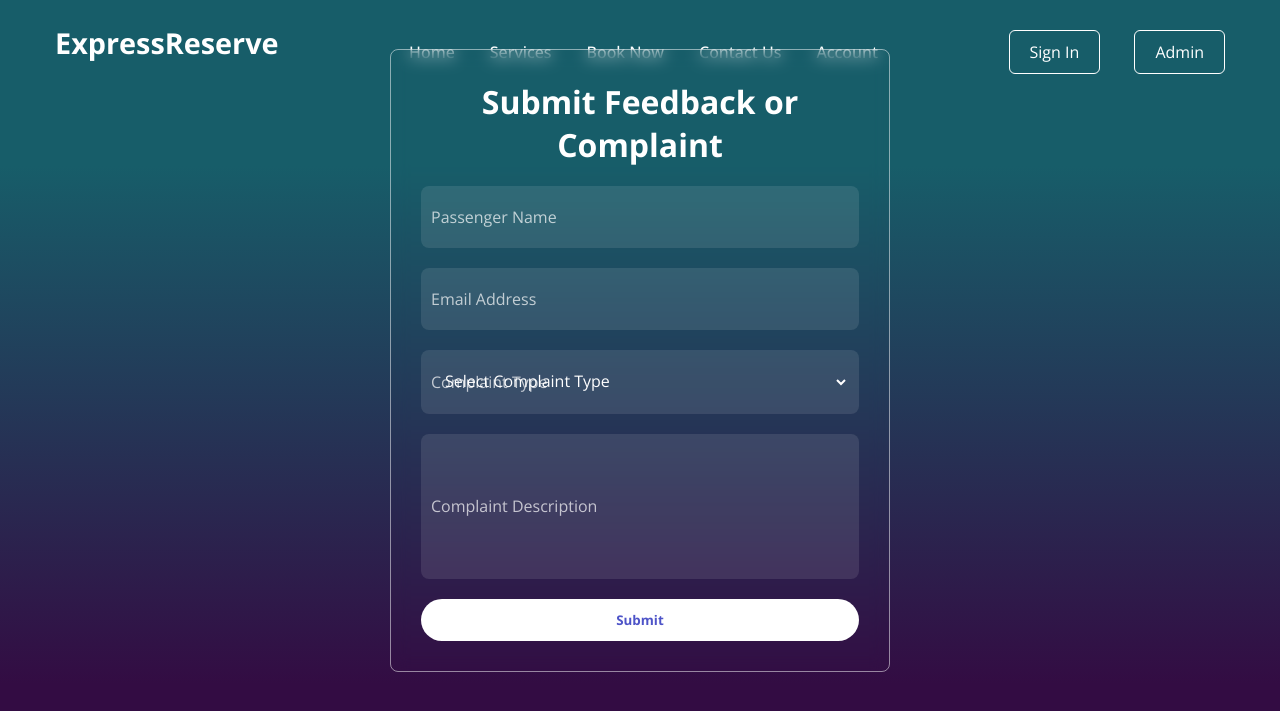
Repository: AmodhyaSharinda/Train-Reservation-system
Page: http://localhost/Train_reserve/ContactUs.jsp
The author's editor kept a copy of each file at every save. The page is drawn from the files as they stood at one save, then again after the next save.
The browser window is 1280 px wide. The pictures show the whole page.
The page is served by Tomcat 9. Other server files are loaded and not shown.

Above is the page before, as saved 2024-10-08 08:05:51.

### Train reserve/src/main/webapp/ContactUs.jsp
<!DOCTYPE html>
<html lang="en">
<head>
    <meta charset="UTF-8">
    <meta name="viewport" content="width=device-width, initial-scale=1.0">
    <title>Feedback - Online Train Reservation System</title>
    <link rel="stylesheet" href="home.css">
    <style>
        /* Existing styles retained */
        @import url("https://fonts.googleapis.com/css2?family=Open+Sans:wght@300;400;500;600;700&display=swap");

        * {
		  margin: 0;
		  padding: 0;
		  box-sizing: border-box;
		  font-family: "Open Sans", sans-serif;
		}

        body {
            display: flex;
            align-items: center;
            justify-content: center;
            min-height: 100vh;
            width: 100%;
            padding: 0 10px;
  			background: linear-gradient(to bottom, #175d69 23%, #330c43 95%);
            position: relative;
        }

        .wrapper {
            width: 500px;
            border-radius: 8px;
            padding: 30px;
            text-align: center;
            border: 1px solid rgba(255, 255, 255, 0.5);
            backdrop-filter: blur(8px);
            -webkit-backdrop-filter: blur(8px);
        }

        h2 {
            font-size: 2rem;
            margin-bottom: 20px;
            color: #fff;
        }

        /* General styles */
		.input-field {
		    position: relative;
		    margin: 20px 0;
		    padding: 10px;
		    background: rgba(255, 255, 255, 0.1);
		    border-radius: 8px;
		    transition: background 0.3s ease;
		}

		.input-field label {
		    position: absolute;
		    top: 50%;
		    left: 10px;
		    transform: translateY(-50%);
		    color: rgba(255, 255, 255, 0.7);
		    font-size: 16px;
		    pointer-events: none;
		    transition: 0.2s ease;
		}

		.input-field input,
		.input-field textarea,
		.input-field select {
		    width: 100%;
		    background: transparent;
		    border: none;
		    outline: none;
		    font-size: 16px;
		    padding: 10px;
		    color: #fff;
		    border-radius: 5px;
		}

		.input-field input:focus,
		.input-field textarea:focus,
		.input-field select:focus {
		    background: rgba(255, 255, 255, 0.3);
		    box-shadow: 0 0 5px rgba(255, 255, 255, 0.5);
		}

		.input-field input:focus ~ label,
		.input-field input:valid ~ label,
		.input-field textarea:focus ~ label,
		.input-field textarea:valid ~ label,
		.input-field select:focus ~ label,
		.input-field select:valid ~ label {
		    top: -10px;
		    font-size: 0.85rem;
		    color: #fff;
		}

		/* Textarea specific styles */
		.input-field textarea {
		    height: 120px;
		    resize: none;
		}

		/* Button styles */
		button {
		    width: 100%;
		    padding: 12px;
		    background-color: #fff;
		    color: #4e54c8;
		    font-weight: bold;
		    border: none;
		    border-radius: 30px;
		    cursor: pointer;
		    transition: background 0.3s ease;
		}

		button:hover {
		    background-color: #8f94fb;
		    color: #fff;
		    box-shadow: 0 4px 20px rgba(143, 148, 251, 0.5);
		}

    </style>
</head>
<body>
    <!-- Header section with navigation -->
    <header class="header">
        <nav class="navbar">
            <h2 class="logo"><a href="#">ExpressReserve</a></h2>
            <input type="checkbox" id="menu-toggle" />
            <label for="menu-toggle" id="hamburger-btn">
                <svg xmlns="http://www.w3.org/2000/svg" height="24" viewBox="0 0 24 24" width="24">
                    <path d="M3 12h18M3 6h18M3 18h18" stroke="currentColor" stroke-width="2" stroke-linecap="round"/>
                </svg>
            </label>
            <ul class="links">
                <li><a href="home.jsp">Home</a></li>
                <li><a href="#">Services</a></li>
                <li><a href="#">Book Now</a></li>
                <li><a href="#">Contact Us</a></li>
          		<li><a href="Account.jsp">Account</a></li>
            </ul>
            <div class="buttons">
	          <a href="login.jsp" class="signup">Sign In</a>
	          <a href="#" class="signup">Admin</a>
            </div>
        </nav>
    </header>

    <!-- Middle section for feedback form -->
    <div class="wrapper">
        <h2>Submit Feedback or Complaint</h2>
        <form action="SubmitFeedback" method="post">
		    <div class="input-field">
		        <input type="text" name="PassengerName" required autocomplete="off">
		        <label>Passenger Name</label>
		    </div>
		    <div class="input-field">
		        <input type="email" name="PassengerEmail" required autocomplete="off">
		        <label>Email Address</label>
		    </div>
		    <div class="input-field">
		        <select id="complaintType" name="complaintType" required>
		            <option value="">Select Complaint Type</option>
		            <option value="Train Services">Train Services</option>
		            <option value="Station Facilities">Station Facilities</option>
		            <option value="Staff Behavior">Staff Behavior</option>
		        </select>
		        <label>Complaint Type</label>
		    </div>
		    <div class="input-field">
		        <textarea id="complaintDescription" name="Feedback" required></textarea>
		        <label>Complaint Description</label>
		    </div>
		    <button type="submit">Submit</button>
		</form>
    </div>

</body>
</html>

### Train reserve/src/main/webapp/home.css
/* Importing Google font - Open Sans */
@import url("https://fonts.googleapis.com/css2?family=Open+Sans:wght@300;400;500;600;700&display=swap");

* {
  margin: 0;
  padding: 0;
  box-sizing: border-box;
  font-family: "Open Sans", sans-serif;
}

body {
  height: 100vh;
  width: 100%;
  background: linear-gradient(to bottom, #175d69 23%, #330c43 95%);
}

.header {
  position: fixed;
  top: 0;
  left: 0;
  width: 100%;
}

.navbar {
  display: flex;
  align-items: center;
  justify-content: space-between;
  max-width: 1200px;
  margin: 0 auto;
  padding: 20px 15px;
}

.navbar .logo a {
  font-size: 1.8rem;
  text-decoration: none;
  color: #fff;
}

.navbar .links {
  display: flex;
  align-items: center;
  list-style: none;
  gap: 35px;
}

.navbar .links a {
  font-weight: 500;
  text-decoration: none;
  color: #fff;
  padding: 10px 0;
  transition: 0.2s ease;
}

.navbar .links a:hover {
  color: #47b2e4;
}

.navbar .buttons a {
  text-decoration: none;
  color: #fff;
  font-size: 1rem;
  padding: 15px 0;
  transition: 0.2s ease;
}

.navbar .buttons a:not(:last-child) {
  margin-right: 30px;
}

.navbar .buttons .signin:hover {
  color: #47b2e4;
}

.navbar .buttons .signup {
  border: 1px solid #fff;
  padding: 10px 20px;
  border-radius: 0.375rem;
  text-align: center;
  transition: 0.2s ease;
}

.navbar .buttons .signup:hover {
  background-color: #47b2e4;
  color: #fff;
}

.hero-section {
  display: flex;
  justify-content: space-evenly;
  align-items: center;
  height: 95vh;
  padding: 0 15px;
  max-width: 1200px;
  margin: 0 auto;
}

.hero-section .hero {
  max-width: 50%;
  color: #fff;
}

.hero h2 {
  font-size: 2.5rem;
  margin-bottom: 20px;
}

.hero p {
  font-size: 1.2rem;
  margin-bottom: 20px;
  color: #c9c7c7;
}

.hero-section .img img {
  width: 517px;
}

.hero-section .buttons {
  margin-top: 40px;
}

.hero-section .buttons a {
  text-decoration: none;
  color: #fff;
  padding: 12px 24px;
  border-radius: 0.375rem;
  font-weight: 600;
  transition: 0.2s ease;
  display: inline-block;
}

.hero-section .buttons a:not(:last-child) {
  margin-right: 15px;
}

.buttons .join {
  background-color: #47b2e4;
}

.hero-section .buttons .learn {
  border: 1px solid #fff;
  border-radius: 0.375rem;
}

.hero-section .buttons a:hover {
  background-color: #47b2e4;
}

/* Hamburger menu styles */
#menu-toggle {
  display: none;
}

#hamburger-btn {
  font-size: 1.8rem;
  color: #fff;
  cursor: pointer;
  display: none;
  order: 1;
}

@media screen and (max-width: 1023px) {
  .navbar .logo a {
    font-size: 1.5rem;
  }

  .links {
    position: fixed;
    left: -100%;
    top: 75px;
    width: 100%;
    height: 100vh;
    padding-top: 50px;
    background: #175d69;
    flex-direction: column;
    transition: 0.3s ease;
  }

  .navbar #menu-toggle:checked ~ .links {
    left: 0;
  }

  .navbar #hamburger-btn {
    display: block;
  }

  .header .buttons {
    display: none;
  }

  .hero-section .hero {
    max-width: 100%;
    text-align: center;
  }

  .hero-section img {
    display: none;
  }


}

After the next save:
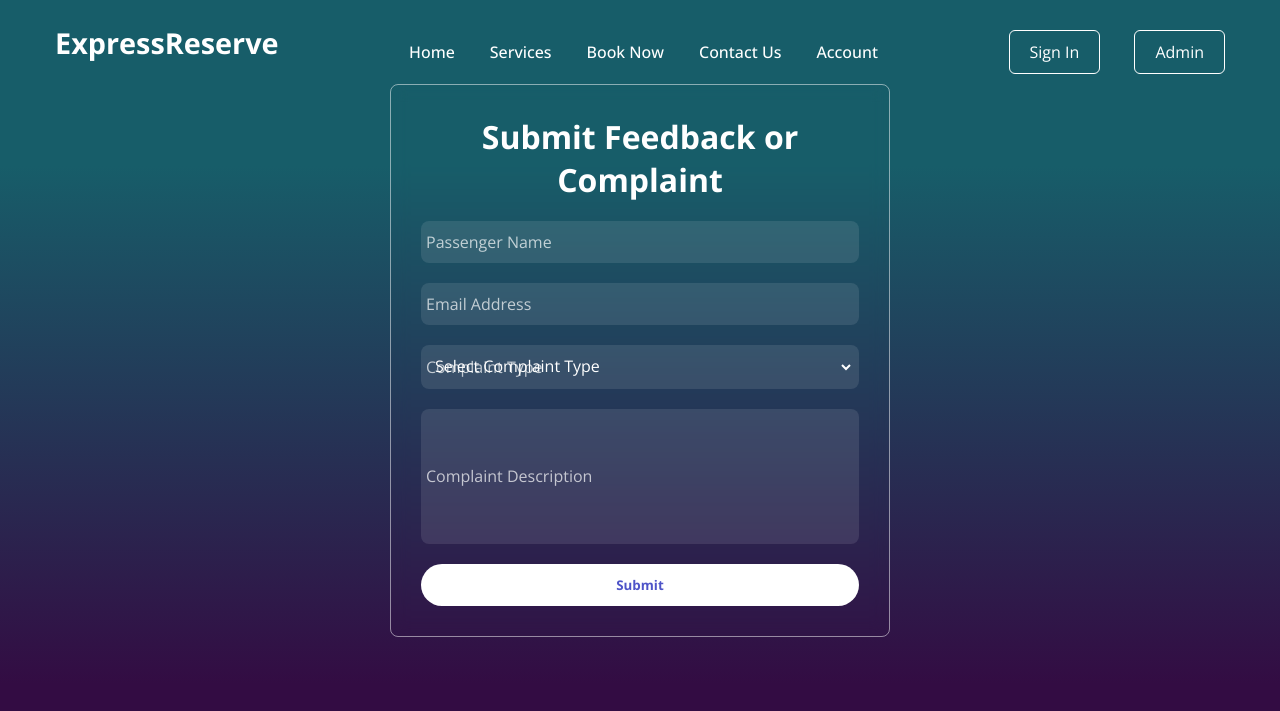
Saved 60 s later.
--- a/Train reserve/src/main/webapp/ContactUs.jsp
+++ b/Train reserve/src/main/webapp/ContactUs.jsp
@@ -47,7 +47,7 @@
 		.input-field {
 		    position: relative;
 		    margin: 20px 0;
-		    padding: 10px;
+		    padding: 5px;
 		    background: rgba(255, 255, 255, 0.1);
 		    border-radius: 8px;
 		    transition: background 0.3s ease;
@@ -56,7 +56,7 @@
 		.input-field label {
 		    position: absolute;
 		    top: 50%;
-		    left: 10px;
+		    left: 5px;
 		    transform: translateY(-50%);
 		    color: rgba(255, 255, 255, 0.7);
 		    font-size: 16px;
@@ -72,7 +72,7 @@
 		    border: none;
 		    outline: none;
 		    font-size: 16px;
-		    padding: 10px;
+		    padding: 5px;
 		    color: #fff;
 		    border-radius: 5px;
 		}
